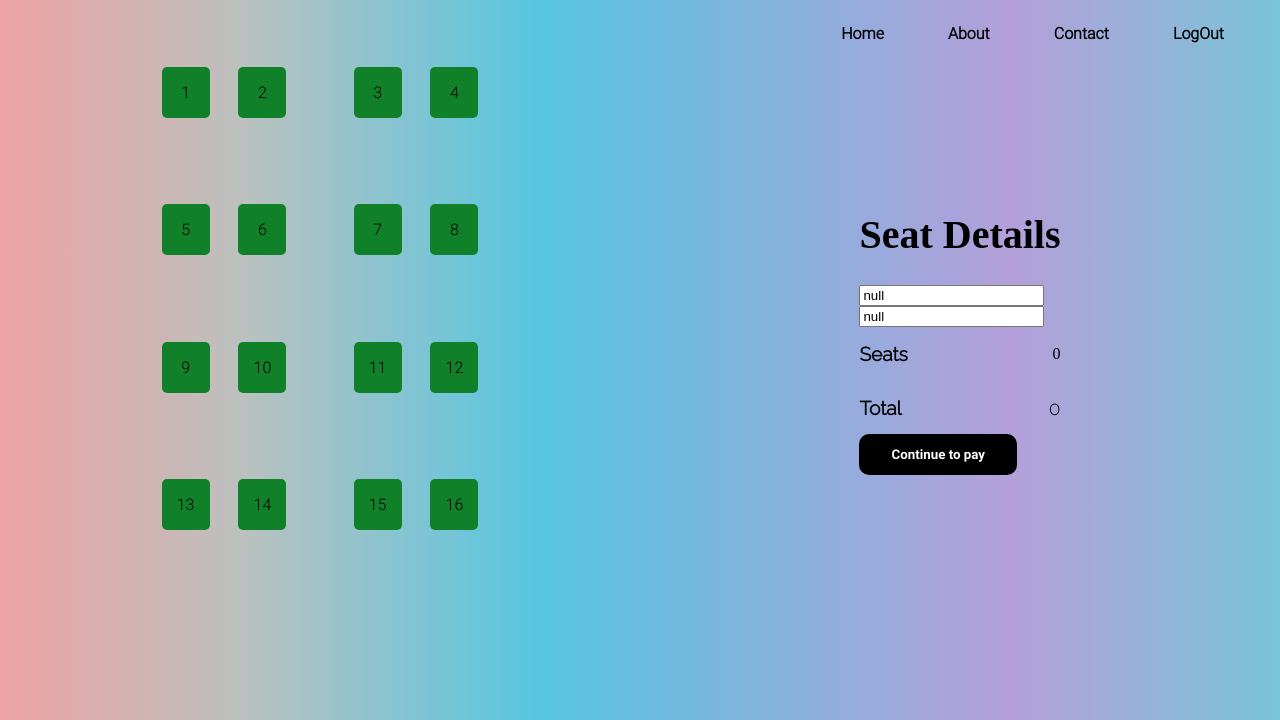
Repository: Savindushehan/RouteMaster-Group-project
Page: http://localhost/RouterMaster/UpdateBooking.jsp
These files come from the project's save history. The page is drawn as it stood at one moment and after the next save; the edit follows.
The browser window is 1280 px wide. The pictures show the whole page.
The page is served by Tomcat 10.

Above is the page before, as saved 2023-10-23 12:36:22.

After the next save:
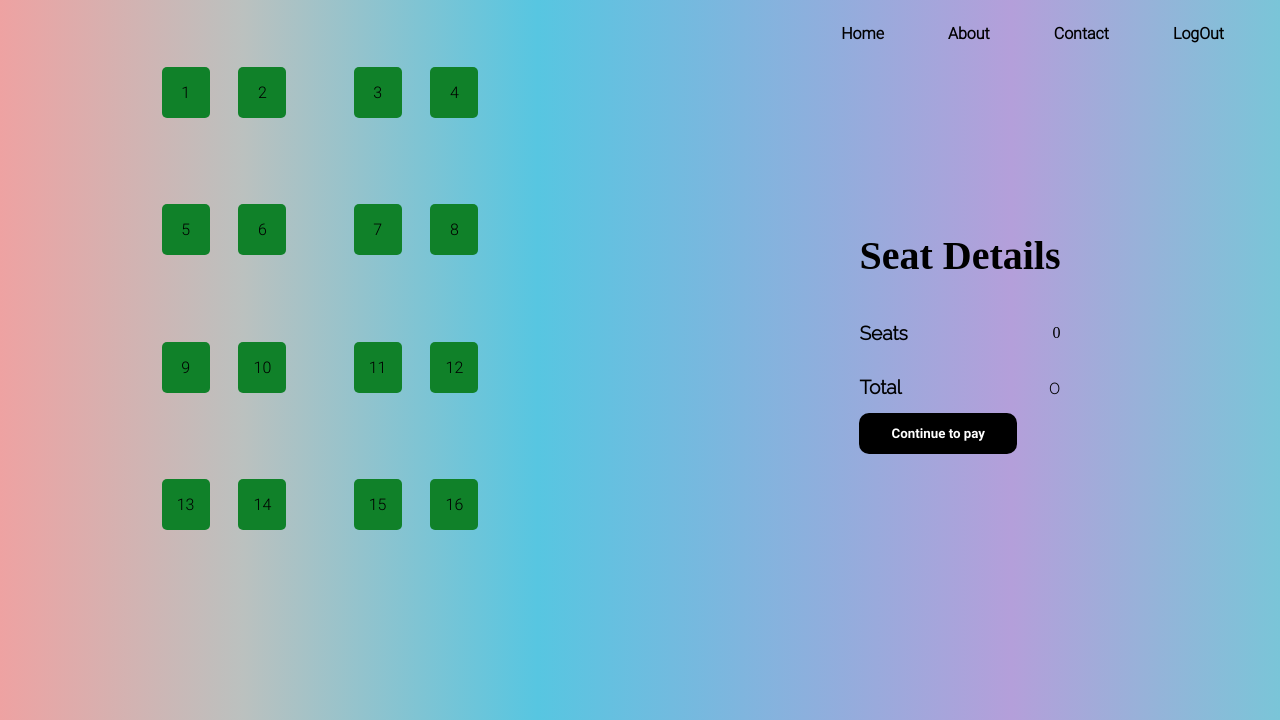
Saved 6 min 22 s later.
--- a/RouteMaster/RouterMaster/src/main/webapp/UpdateBooking.jsp
+++ b/RouteMaster/RouterMaster/src/main/webapp/UpdateBooking.jsp
@@ -228,10 +228,10 @@
   <input type="hidden" name="FID" value="<%=FID%>" readonly>
  </div>
  <div class="column10">
-  <input type="text" name="place" value="<%=place%>" readonly>
+  <input type="hidden" name="place" value="<%=place%>" readonly>
  </div>
  <div class="column10">
-   <input type="text" name="Venue" value="<%=venue%>" readonly>
+   <input type="hidden" name="Venue" value="<%=venue%>" readonly>
  </div>
   <div class="column10">
    <input type="hidden" name="date" value="<%=date%>" readonly>

After the save that followed:
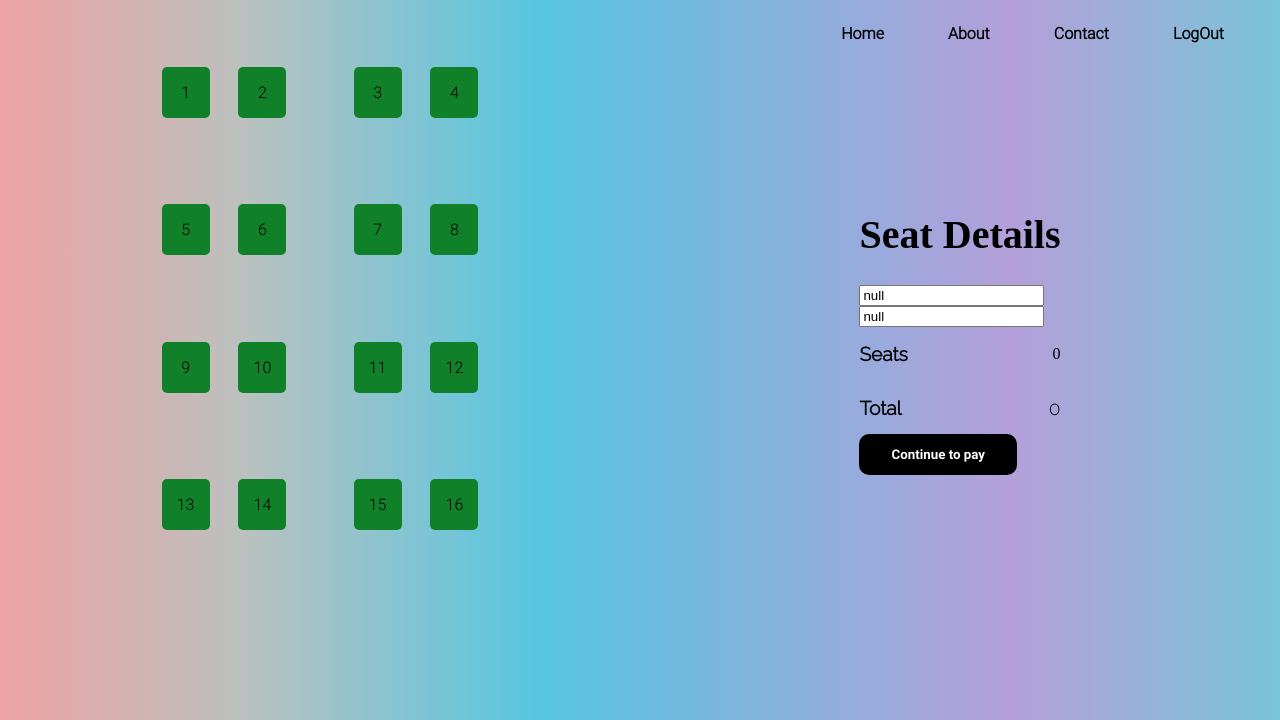
Saved 4 min 30 s later.
--- a/RouteMaster/RouterMaster/src/main/webapp/UpdateBooking.jsp
+++ b/RouteMaster/RouterMaster/src/main/webapp/UpdateBooking.jsp
@@ -222,10 +222,10 @@
 		<p id="seat" name="seat"></p>
 		<p id="tota" name="tota"></p>
 <div class="column10">
- <input type="hidden" name="RID" value="<%=RID%>" readonly>
+ <input type="text" name="RID" value="<%=RID%>" readonly>
  </div>
  <div class="column10">
-  <input type="hidden" name="FID" value="<%=FID%>" readonly>
+  <input type="text" name="FID" value="<%=FID%>" readonly>
  </div>
  <div class="column10">
   <input type="hidden" name="place" value="<%=place%>" readonly>
